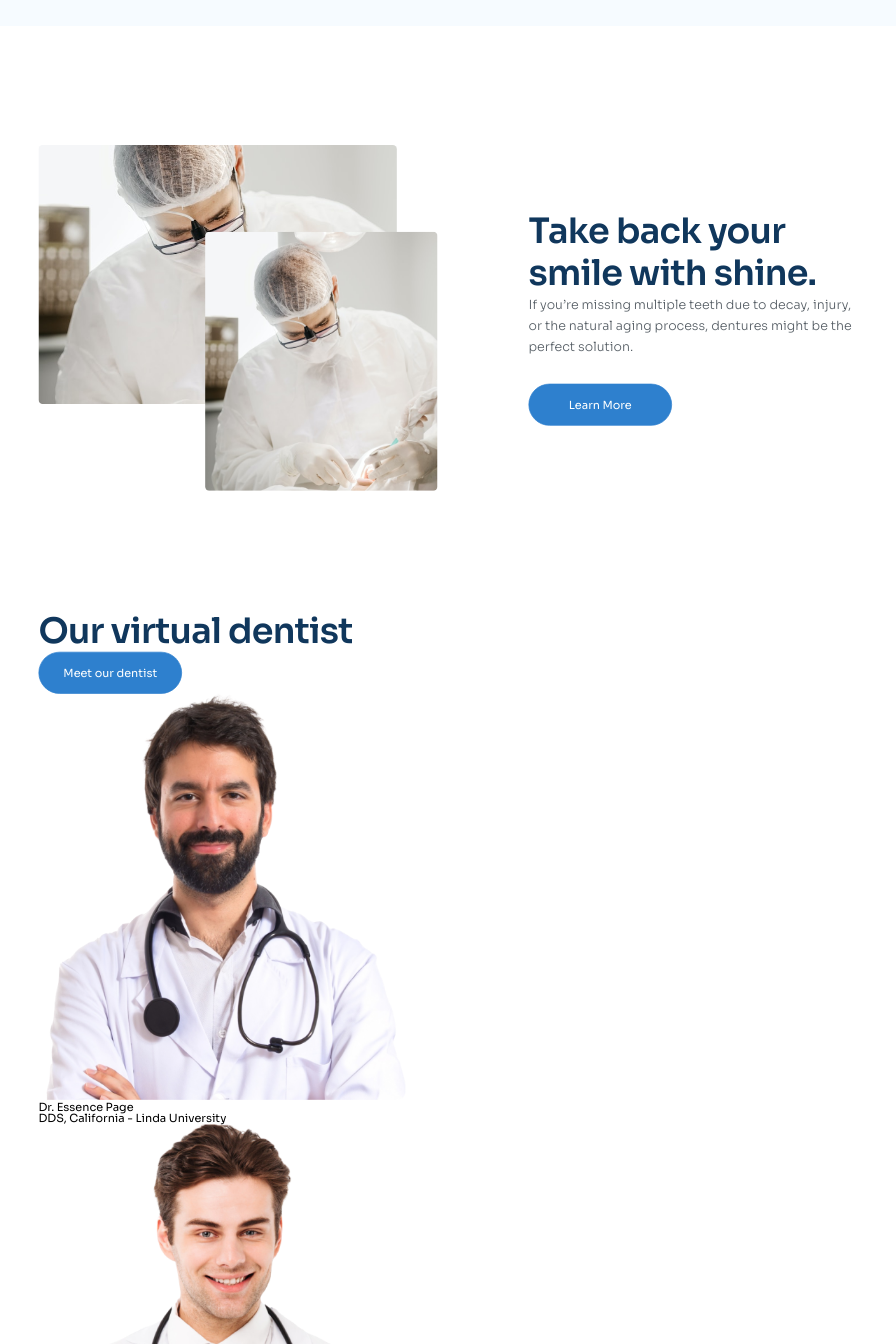
Repository: Tran-Dat/F8_Project_03
Page: index.html
These files come from the project's save history. The page is drawn as it stood at one moment and after the next save; the edit follows.
The browser window is 1280 px wide. The pictures show the part of the page from y = 2663 to 4583 px (the page is 6205 px tall), at 70% of full size.

Above is the page before, as saved 2023-04-03 16:46:41.

After the next save:
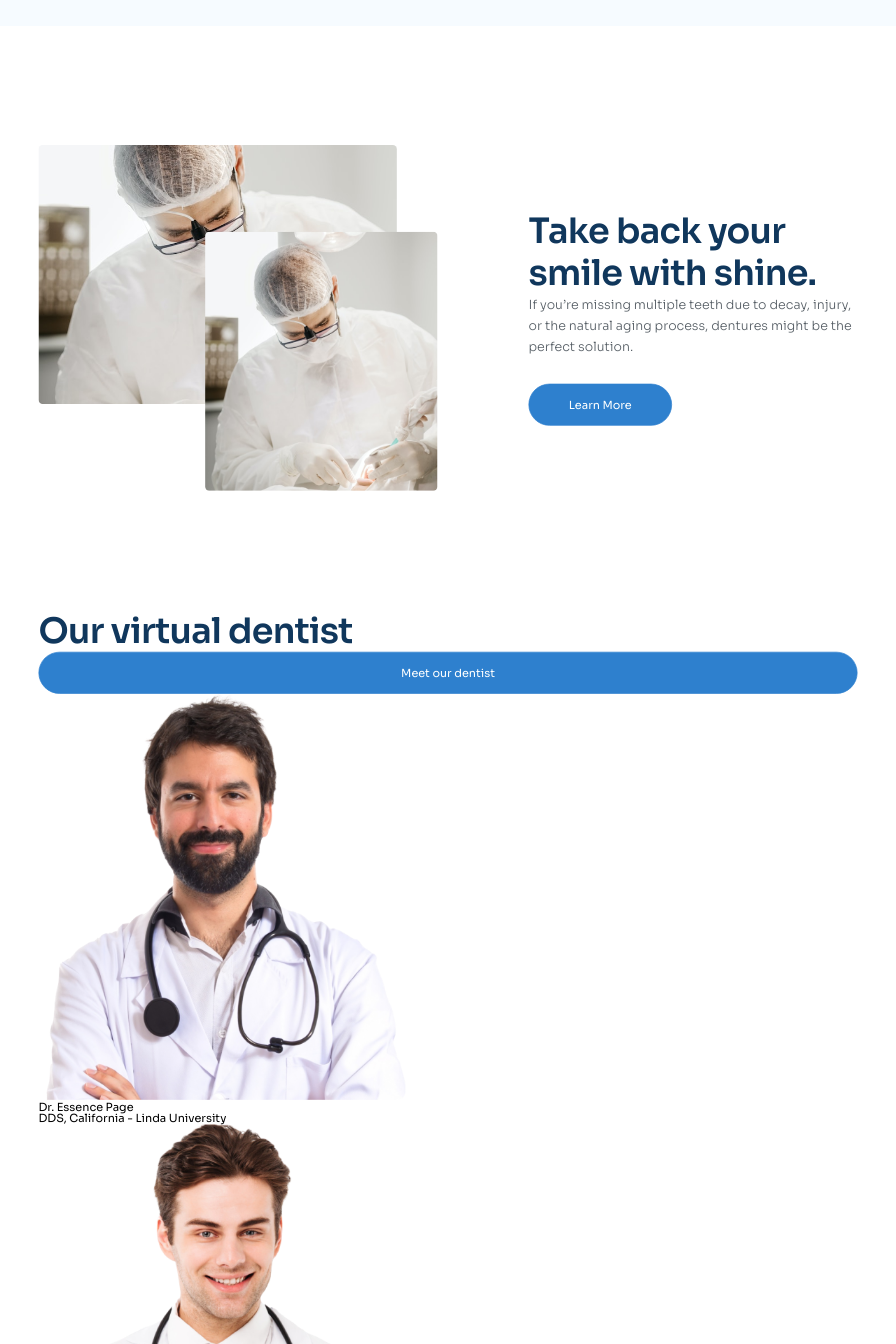
Saved 8 s later.
--- a/index.html
+++ b/index.html
@@ -396,7 +396,7 @@
             <!-- Member -->
             <section class="member">
                 <div class="container">
-                    <header>
+                    <header class="member__header">
                         <h2 class="section-heading member__heading">
                             Our virtual dentist
                         </h2>
